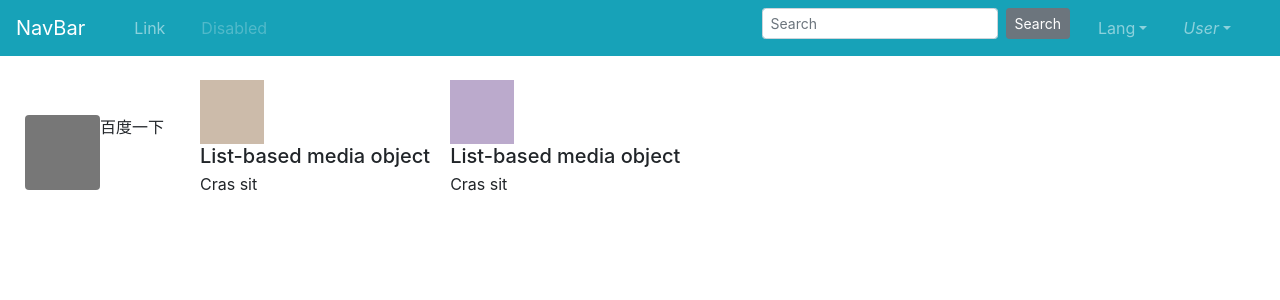
Repository: Funnyrz/vue-nav
Page: /
An editor plug-in stored every save of this project. The page is shown before and after the next save, followed by the edit.
The browser window is 1280 px wide. The pictures show the whole page.
The project was rebuilt for these pictures with package versions that can differ from the ones it lists, and the page was loaded fresh each time.

Above is the page before, as saved 2020-08-26 11:50:34.

After the next save:
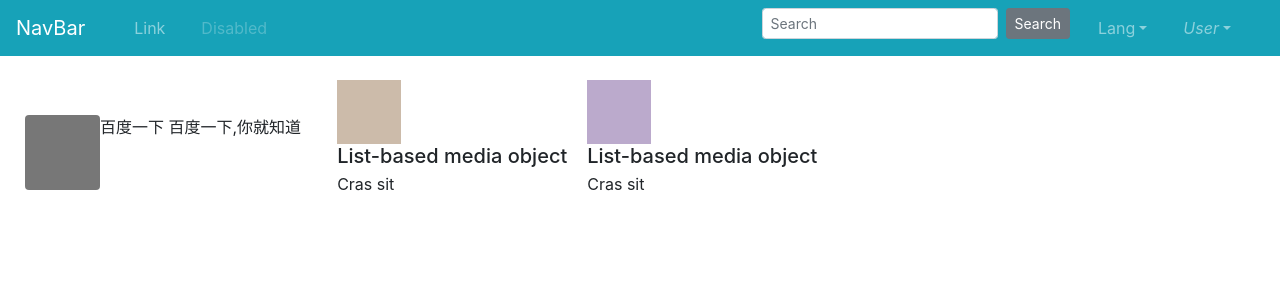
Saved 53 s later.
--- a/src/components/HelloWorld.vue
+++ b/src/components/HelloWorld.vue
@@ -46,6 +46,7 @@
               <template v-slot:aside>
                 <b-img v-bind="mainProps" rounded alt="placeholder"></b-img>
                 百度一下
+                百度一下,你就知道
               </template>
             </b-media>
 
